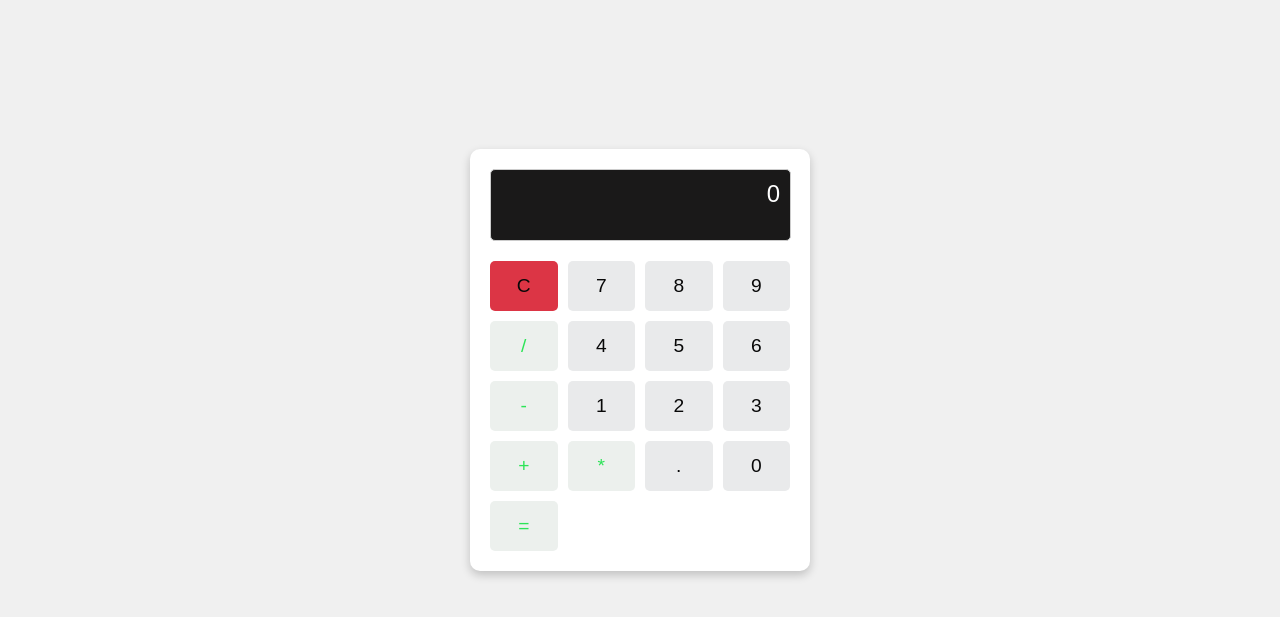
Repository: alizey12/calculator
Page: index.html
These files come from the project's save history. The page is drawn as it stood at one moment and after the next save; the edit follows.
The browser window is 1280 px wide. The pictures show the whole page.

Above is the page before, as saved 2024-11-23 20:36:28.

### index.html
<!DOCTYPE html>
<html lang="en">
<head>
    <meta charset="UTF-8">
    <meta name="viewport" content="width=device-width, initial-scale=1.0">
    <title>Simple Calculator</title>
    <link rel="stylesheet" href="styles.css">
    <body>


</head>
<body>
    <div class="calculator">
        <div class="display" id="display">0</div>
        <div class="buttons">
            <button onclick="clearDisplay()" class="btn" id="clear">C</button>
            <button onclick="appendValue('7')" class="btn">7</button>
            <button onclick="appendValue('8')" class="btn">8</button>
            <button onclick="appendValue('9')" class="btn">9</button>
            <button onclick="operate('/')" class="btn operator">/</button>
            <button onclick="appendValue('4')" class="btn">4</button>
            <button onclick="appendValue('5')" class="btn">5</button>
            <button onclick="appendValue('6')" class="btn">6</button>
            <button onclick="operate('-')" class="btn operator">-</button>
            <button onclick="appendValue('1')" class="btn">1</button>
            <button onclick="appendValue('2')" class="btn">2</button>
            <button onclick="appendValue('3')" class="btn">3</button>
            <button onclick="operate('+')" class="btn operator">+</button>
            <button onclick="operate('*')" class="btn operator">*</button>
            <button onclick="appendValue('.')" class="btn">.</button>
            <button onclick="appendValue('0')" class="btn">0</button>
            <button onclick="calculate()" class="btn operator" id="equals">=</button>
        </div>
    </div>

    <script src="script.js">

    </script>
</body>
</html>

### styles.css
body{
    font-family: Arial, sans-serif;
    display: flex;
    justify-content: center;
    align-items: center;
    height: 100vh;
    background-color: #f0f0f0;
    margin: 0;
}

.calculator {
    background: #fff;
    border-radius: 10px;
    padding: 20px;
    box-shadow: 0 4px 10px rgba(0, 0, 0, 0.2);
    width: 300px;
}

.display {
    width: 93%;
    height: 50px;
    margin-bottom: 20px;
    font-size: 1.5rem;
    text-align: right;
    border: 1px solid #ccc;
    border-radius: 5px;
    background: #1a1919;
    padding: 10px;
    overflow-x: auto;
    color: #fff;
}

.buttons {
    display: grid;
    grid-template-columns: repeat(4, 1fr);
    gap: 10px;
}

.btn {
    height: 50px;
    font-size: 1.2rem;
    border: none;
    border-radius: 5px;
    background: #e9eaeb;
    color: rgb(8, 8, 8);
    cursor: pointer;
    transition: background 0.2s;
}

.btn:hover {
    background: #a8c1db;
}

.btn.operator {
    background: #ecf0ed;
    color: #2ce457;
}

.btn.operator:hover {
    background: #1e7e34;
}

.btn#clear {
    background: #dc3545;
}
.btn#clear {
    grid
}
.btn#clear:hover {
    background: #a71d2a;
}

### script.js
let displayValue = '';

function appendValue(value) {
    if (displayValue === '0' || displayValue === 'Error') {
        displayValue = value;
    } else {
        displayValue += value;
    }
    updateDisplay();
}

function operate(operator) {
    if (displayValue === 'Error') return;

    displayValue += ` ${operator} `;
    updateDisplay();
}

function clearDisplay() {
    displayValue = '0';
    updateDisplay();
}

function calculate() {
    try {
        // Evaluate the expression
        displayValue = eval(displayValue).toString();
    } catch {
        displayValue = 'Error';
    }
    updateDisplay();
}

function updateDisplay() {
    document.getElementById('display').textContent = displayValue;
}

After the next save:
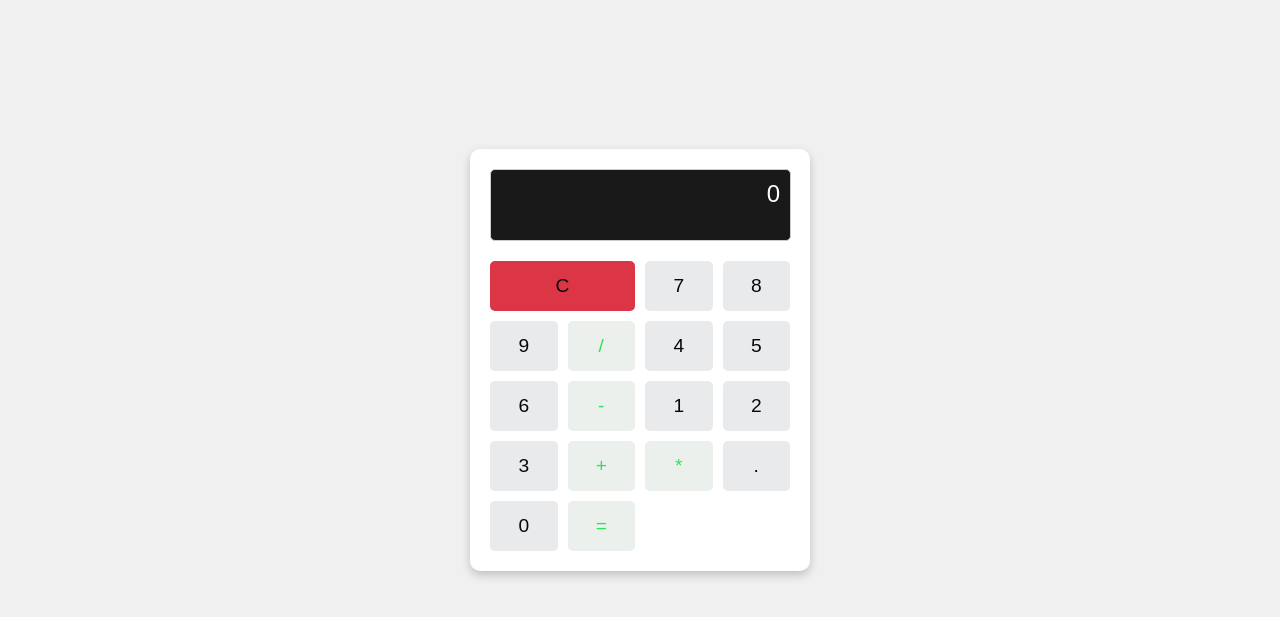
Saved 4 s later.
--- a/styles.css
+++ b/styles.css
@@ -64,7 +64,7 @@ body{
     background: #dc3545;
 }
 .btn#clear {
-    grid
+    grid-column: span 2;
 }
 .btn#clear:hover {
     background: #a71d2a;
